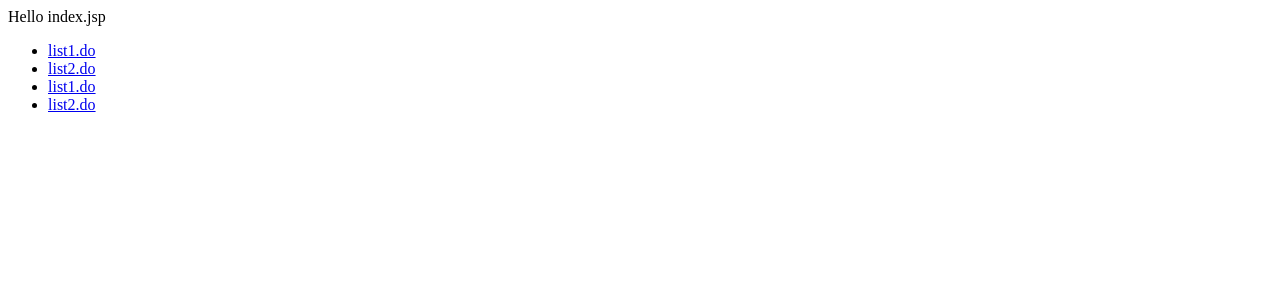
Repository: Doyun9710/spring_basic
Page: http://localhost/WebEx03/
An editor plug-in stored every save of this project. The page is shown before and after the next save, followed by the edit.
The browser window is 1280 px wide. The pictures show the whole page.
The page is served by Tomcat 9.

Above is the page before, as saved 2023-11-21 01:37:16.

After the next save:
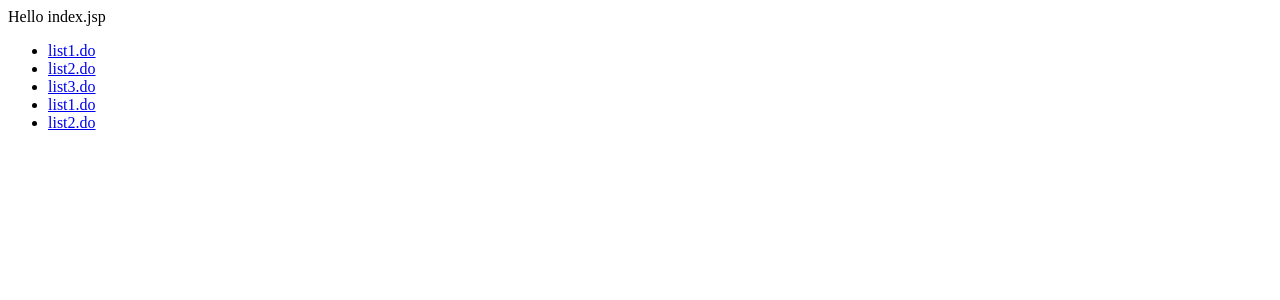
Saved 13 s later.
--- a/spring-workspace/WebEx03/src/main/webapp/index.jsp
+++ b/spring-workspace/WebEx03/src/main/webapp/index.jsp
@@ -15,6 +15,7 @@
 <ul>
 	<li><a href="./list1.do">list1.do</a></li>
 	<li><a href="./list2.do">list2.do</a></li>
+	<li><a href="./list3.do">list3.do</a></li>
 
 	<li><a href="./view1/list1.do">list1.do</a></li>
 	<li><a href="./view1/list2.do">list2.do</a></li>
